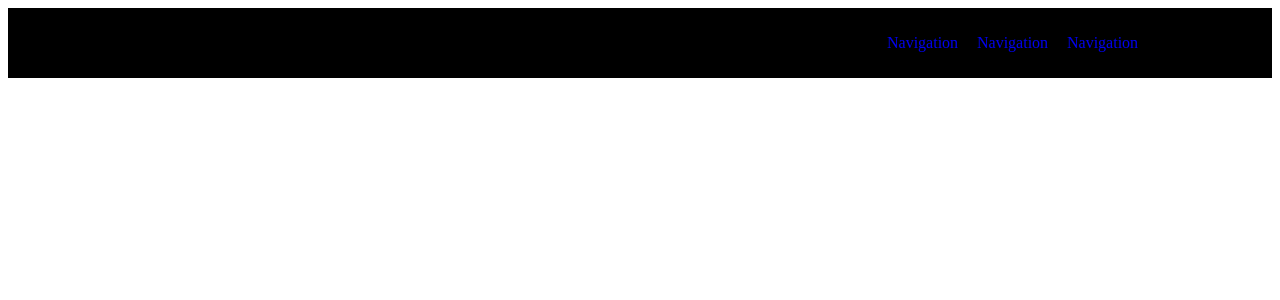
Repository: piotrokrutniak/Projekt-Studia
Page: index.html
The author's editor kept a copy of each file at every save. The page is drawn from the files as they stood at one save, then again after the next save.
The browser window is 1280 px wide. The pictures show the whole page.

Above is the page before, as saved 2023-03-04 02:38:11.

### index.html
<!DOCTYPE html>
<head>
    <meta charset="UTF-8" />
    <meta http-equiv="X-UA-Compatible" content="IE=edge" />
    <meta name="viewport" content="width=device-width, initial-scale=1.0" />
    <link rel="stylesheet" type="text/css" href="styles.css" />
    <title>Website Title</title>
</head>
<body>
    <div class="navbar-container">
        <div class="navbar">
            <div class="logo">WebsiteLogo</div>
            <div class="navigation">
                <a href="/index" class="navigation-link">
                    <div class="navigation-button">
                        Navigation
                    </div>
                </a>
                <a href="/index" class="navigation-link">
                    <div class="navigation-button">
                        Navigation
                    </div>
                </a>
                <a href="/index" class="navigation-link">
                    <div class="navigation-button">
                        Navigation
                    </div>
                </a>
            </div>
        </div>
    </div>
</body>

### styles.css
.navbar-container{
    width: 100%;
    height: 70px;
    background: black;
    position: sticky;
    top: 0;
}

.navbar{
    position: relative;
    max-width: 1024px;
    min-width: 328px;
    top: 0px;
    margin: auto;
    display: flex;
    flex-direction:row;
    justify-content: space-between;
        top: 50%;
    -ms-transform: translateY(-50%);
    transform: translateY(-50%);

}

a{
    text-decoration: none;
}

.navigation-link{
    position: relative;
    padding-left: 5px;

}

.navigation-link:hover{
    border-bottom: 2px solid;
    border-color: aqua;
}

.navigation{
    display: grid;
    grid-template-columns: 90px 90px 90px;

}

After the next save:
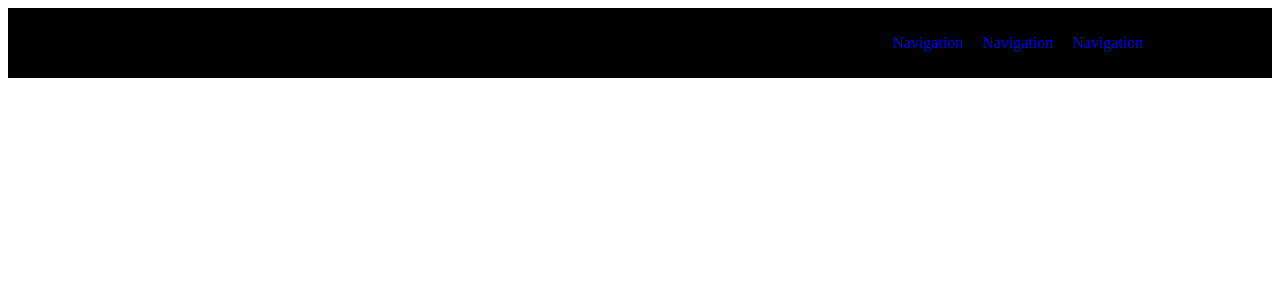
Saved 8 s later.
--- a/styles.css
+++ b/styles.css
@@ -27,7 +27,7 @@ a{
 
 .navigation-link{
     position: relative;
-    padding-left: 5px;
+    padding-left: 10px;
 
 }
 
